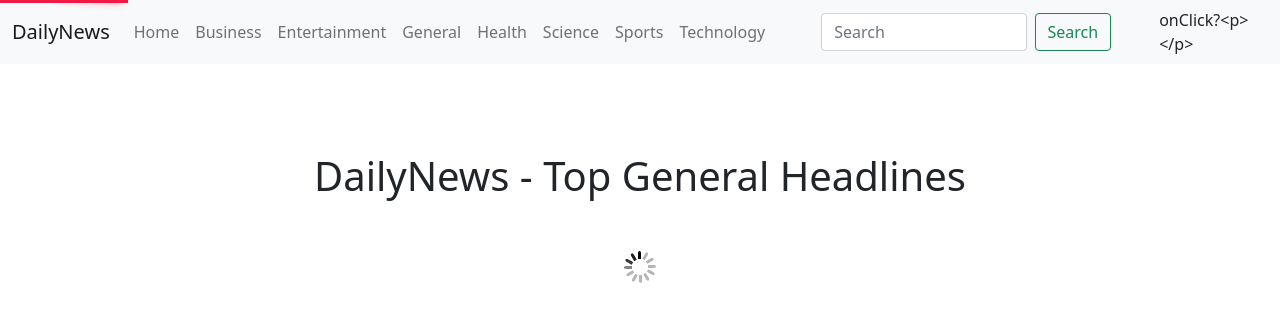
Repository: Bikki084/Daily_News
Page: /
The author's editor kept a copy of each file at every save. The page is drawn from the files as they stood at one save, then again after a run of saves.
The browser window is 1280 px wide. The pictures show the whole page.
The page's requests for data from a server got no answer. The project was rebuilt for these pictures with package versions that can differ from the ones it lists, and the page was loaded fresh each time. No one was signed in, and anything a server would have sent is missing. Also part of the build but not shown: src/App.css, src/components/NewsItem.js.

Above is the page before, as saved 2021-12-22 02:41:32.

After the next 3 saves:
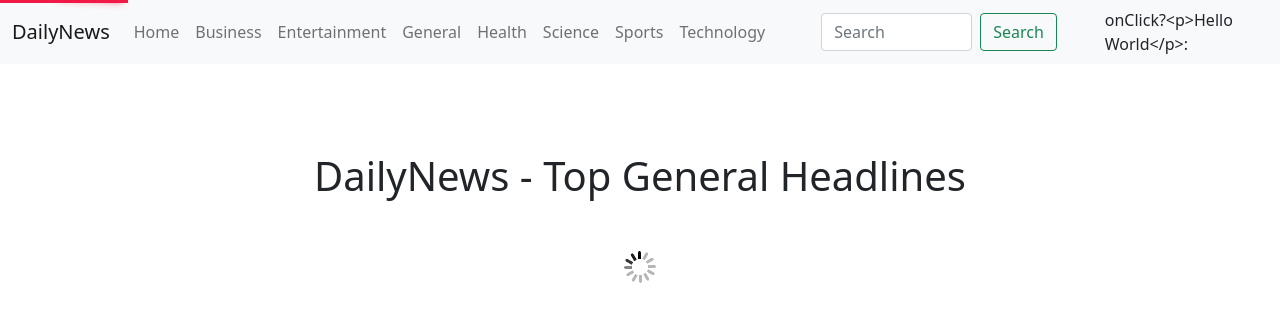
The 3 saves are shown as one change because they came seconds apart.
The last was saved 13 s later.
--- a/src/components/Search.js
+++ b/src/components/Search.js
@@ -23,7 +23,7 @@ const Search = () => {
             </form>
 
         </div>
-          {`onClick?<p></p>`}
+          {`onClick?<p>Hello World</p>:`}
         <div>
 
         </div>
